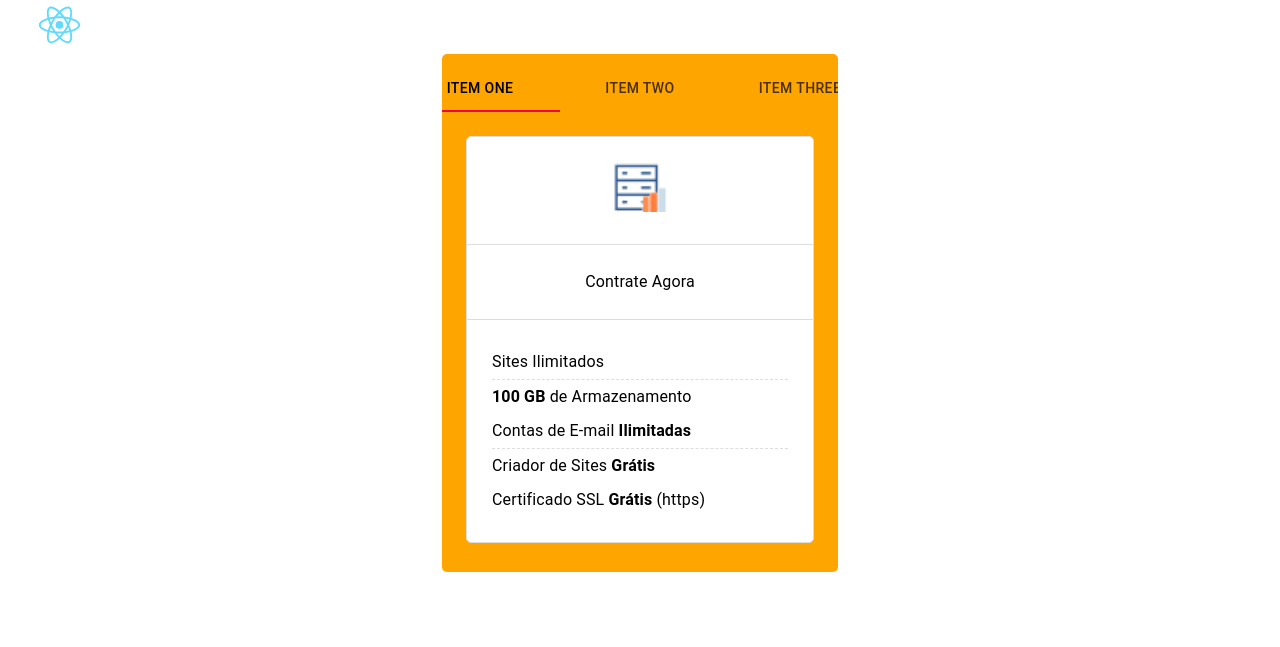
Repository: gatomazi/hostgatorFrontend
Page: /
An editor plug-in stored every save of this project. The page is shown before and after the next save, followed by the edit.
The browser window is 1280 px wide. The pictures show the whole page.
The project was rebuilt for these pictures with package versions that can differ from the ones it lists, and the page was loaded fresh each time.

Above is the page before, as saved 2020-01-24 12:19:08.

After the next save:
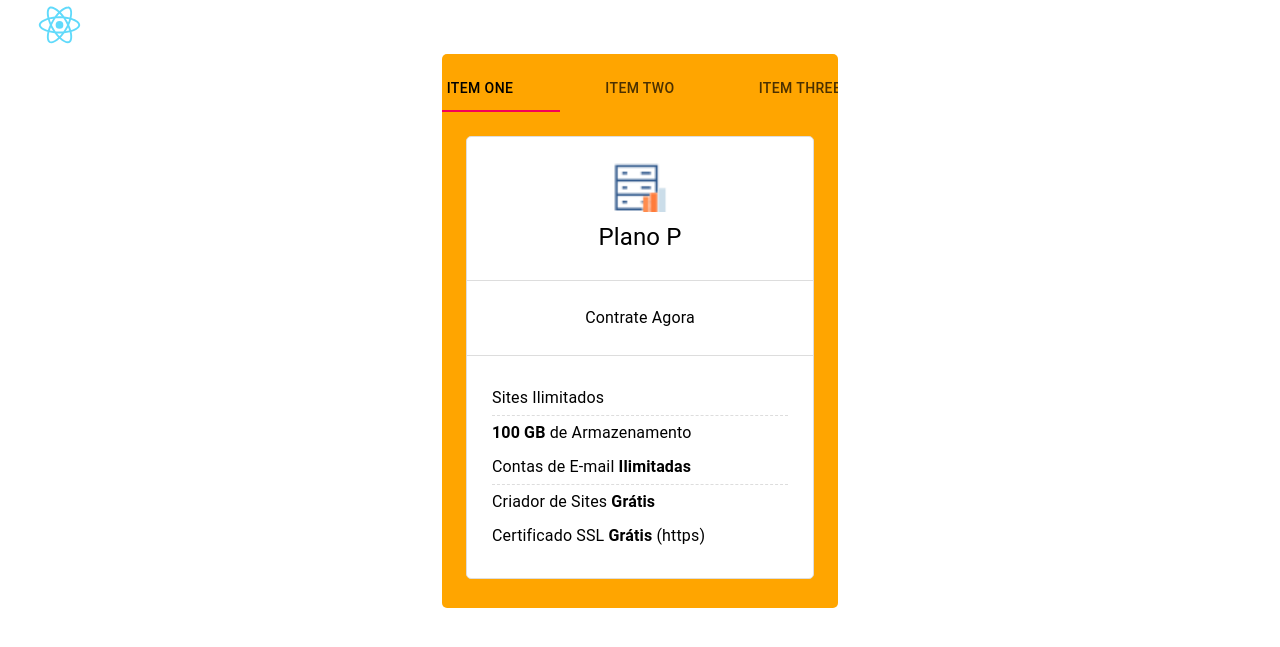
Saved 11 s later.
--- a/src/components/PlanoCard.js
+++ b/src/components/PlanoCard.js
@@ -3,8 +3,7 @@ import "./PlanoCard.scss";
 
 import iconPlan from "../assets/icon.png";
 
-const PlanoCard = ({ planInfo = {} }) => {
-  console.log(planInfo);
+const PlanoCard = ({ plan = {} }) => {
   return (
     <div className="planCard">
       <div>
@@ -14,7 +13,7 @@ const PlanoCard = ({ planInfo = {} }) => {
           className="Navbar-logo"
           alt="logo"
         />
-        <span>{planInfo.name}</span>
+        <span>{plan}</span>
       </div>
       <div className="insideDivisor">Contrate Agora</div>
       <div style={{ textAlign: "left" }}>
